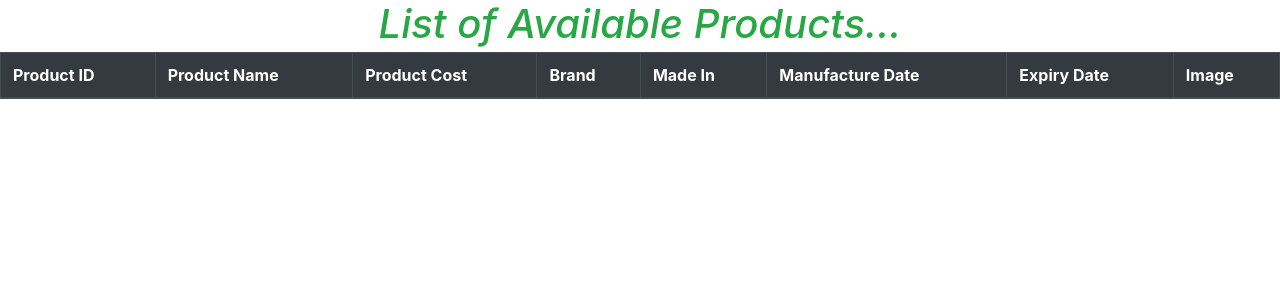
Repository: vineethGoudGithub/JavaApplications
Page: http://localhost/ProductManagementApp/productList.jsp
An editor plug-in stored every save of this project. The page is shown before and after the next save, followed by the edit.
The browser window is 1280 px wide. The pictures show the whole page.
The page is served by Tomcat 9. Queries for data that is not in the repository find no rows.

Above is the page before, as saved 2024-03-05 12:31:21.

After the next save:
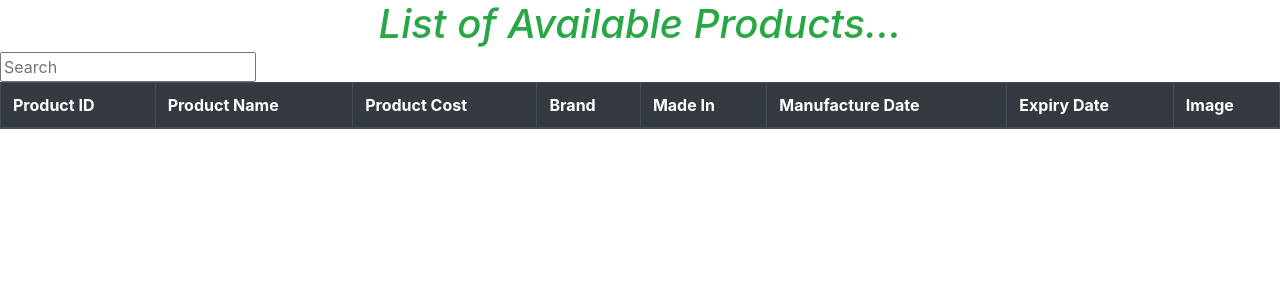
Saved 17 h 21 min later.
--- a/ProductManagementApp/src/main/webapp/productList.jsp
+++ b/ProductManagementApp/src/main/webapp/productList.jsp
@@ -14,6 +14,9 @@
 
 <h1 class="text-center font-italic mb-1 text-success">List of Available Products...</h1>
 
+<div>
+	<input type="text" placeholder="Search">
+</div>
 
 
 <table class="table table-bordered table-striped">
